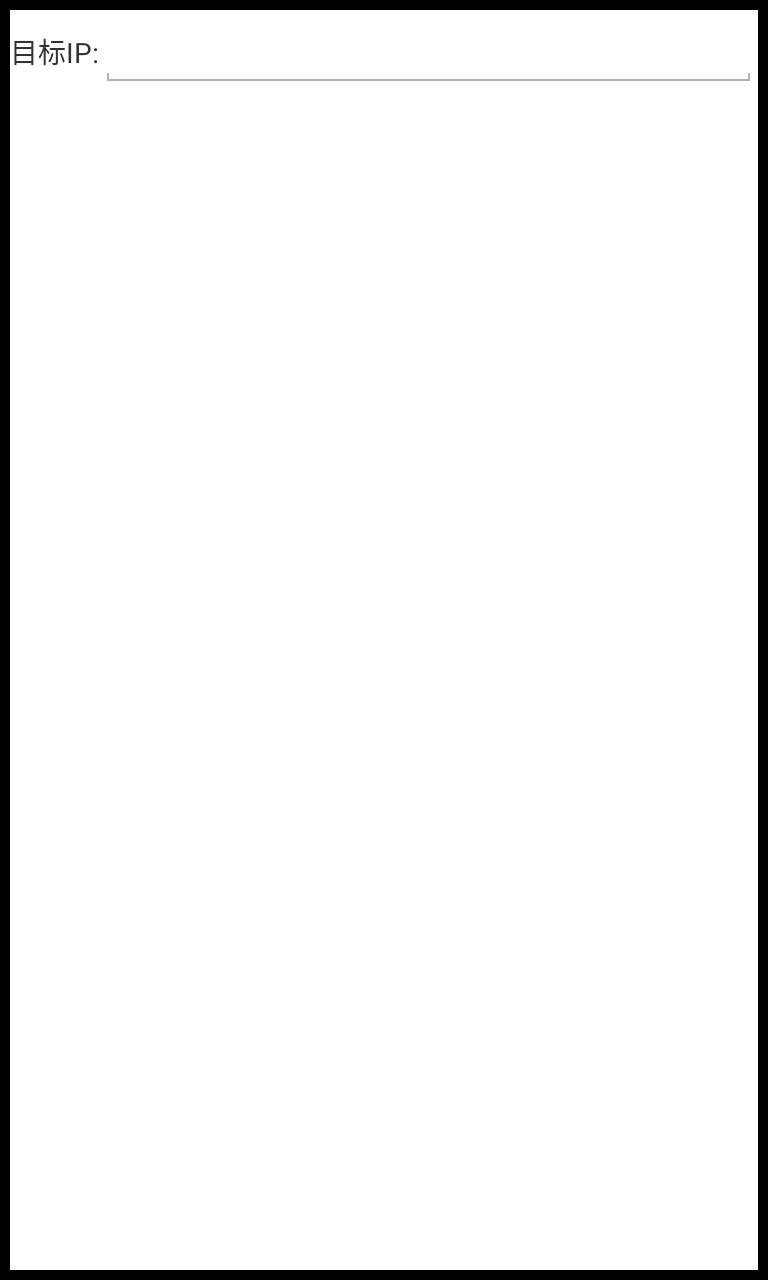
Repository: Ollyder/eclipse_work
Layout: WIFI_PM2.5(UI)/res/layout/activity_main.xml
These files come from the project's save history. The layout is drawn as it stood at one moment and after the next save; the edit follows.
It is drawn on a 768 x 1280 px phone screen (xhdpi) without system bars, with theme AppTheme; the app's code is not run.

Above is the layout before, as saved 2017-05-27 03:37:19.

### WIFI_PM2.5(UI)/res/layout/activity_main.xml
<LinearLayout xmlns:android="http://schemas.android.com/apk/res/android"
    android:layout_width="match_parent"
    android:layout_height="match_parent"
    android:orientation="horizontal"
    android:background="#000000"
   >

    <LinearLayout
        android:layout_width="0sp"
        android:layout_height="match_parent"
        android:layout_weight="1"
        android:background="#ffffff"
        android:orientation="vertical"
        android:layout_margin="5sp">

        <LinearLayout
            android:layout_width="match_parent"
            android:layout_height="wrap_content"
            android:orientation="horizontal" >

            <TextView
                android:id="@+id/text_view"
                android:layout_width="wrap_content"
                android:layout_height="wrap_content"
                android:text="目标IP:"
                android:gravity="bottom" />

        	<EditText
            	android:id="@+id/edit_view"
            	android:layout_width="0sp"
            	android:layout_height="wrap_content"
            	android:layout_weight="1"/>

        </LinearLayout>

    </LinearLayout>



</LinearLayout>

Loaded but not shown: WIFI_PM2.5(UI)/res/values/styles.xml (common file); WIFI_PM2.5(UI)/res/values-v11/styles.xml (common file); WIFI_PM2.5(UI)/res/values-v14/styles.xml (common file)

After the next save:
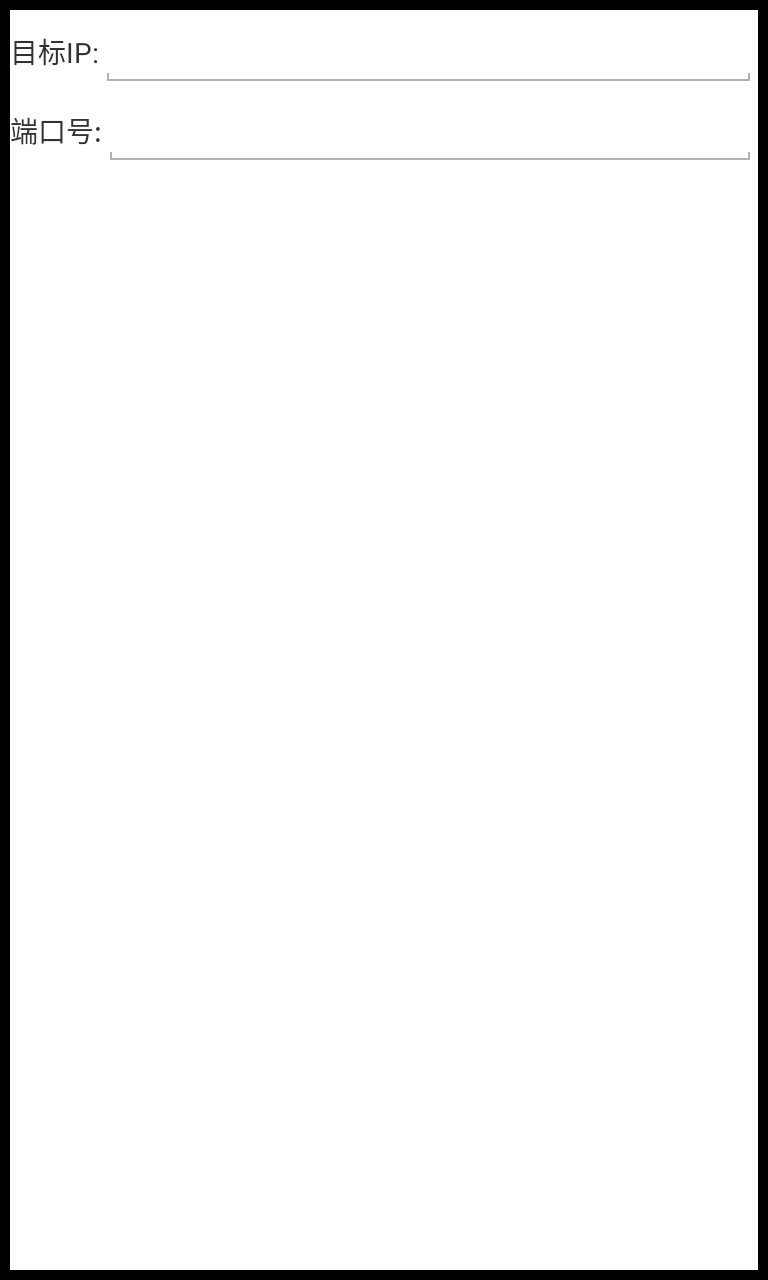
Saved 61 s later.
--- a/WIFI_PM2.5(UI)/res/layout/activity_main.xml
+++ b/WIFI_PM2.5(UI)/res/layout/activity_main.xml
@@ -32,6 +32,25 @@
             	android:layout_weight="1"/>
 
         </LinearLayout>
+		 <LinearLayout
+            android:layout_width="match_parent"
+            android:layout_height="wrap_content"
+            android:orientation="horizontal" >
+
+            <TextView
+                android:id="@+id/text_view"
+                android:layout_width="wrap_content"
+                android:layout_height="wrap_content"
+                android:text="端口号:"
+                android:gravity="bottom" />
+
+        	<EditText
+            	android:id="@+id/edit_view"
+            	android:layout_width="0sp"
+            	android:layout_height="wrap_content"
+            	android:layout_weight="1"/>
+
+        </LinearLayout>
 
     </LinearLayout>
 
